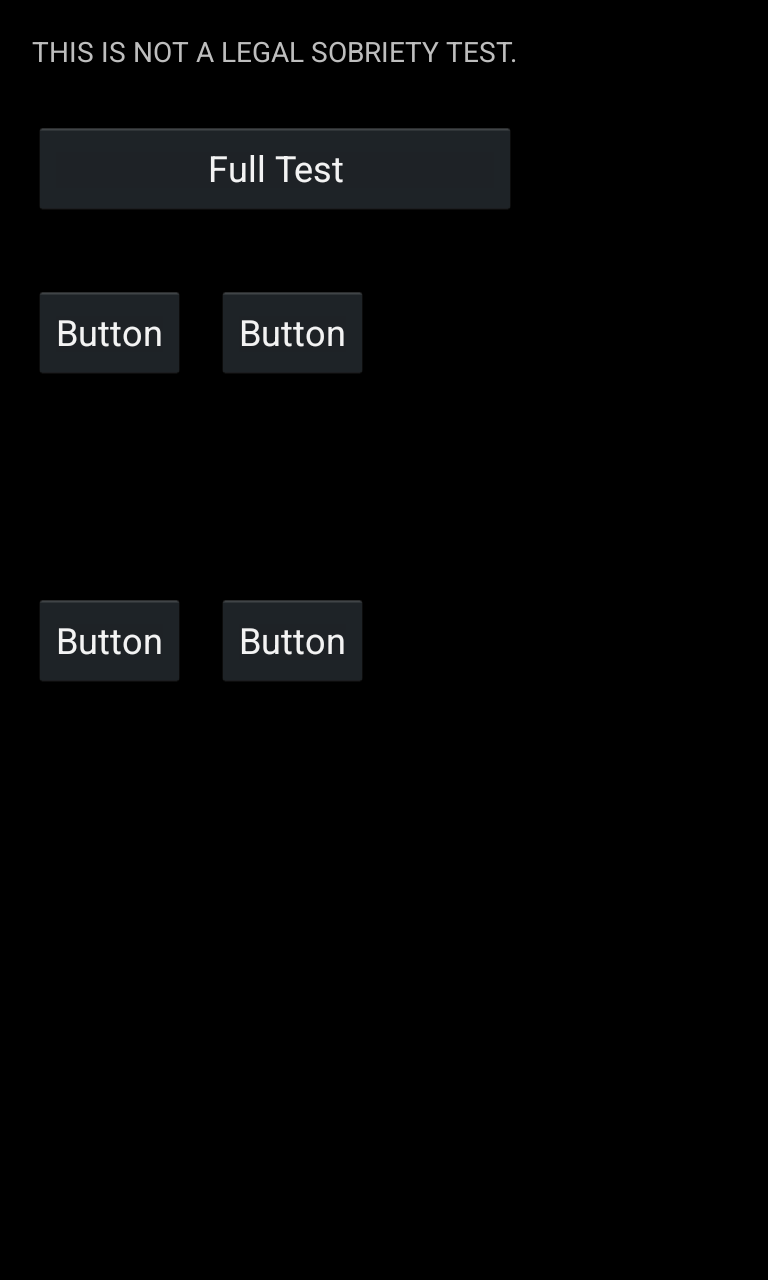
Repository: inferno-entertainment/booze-gauge
Layout: BoozeGauge/res/layout/activity_start_screen.xml
The author's editor kept a copy of each file at every save. The layout is drawn from the files as they stood at one save, then again after the next save.
It is drawn on a 768 x 1280 px phone screen (xhdpi) without system bars, with theme AppTheme; the app's code is not run.

Above is the layout before, as saved 2013-03-21 00:53:38.

After the next save:
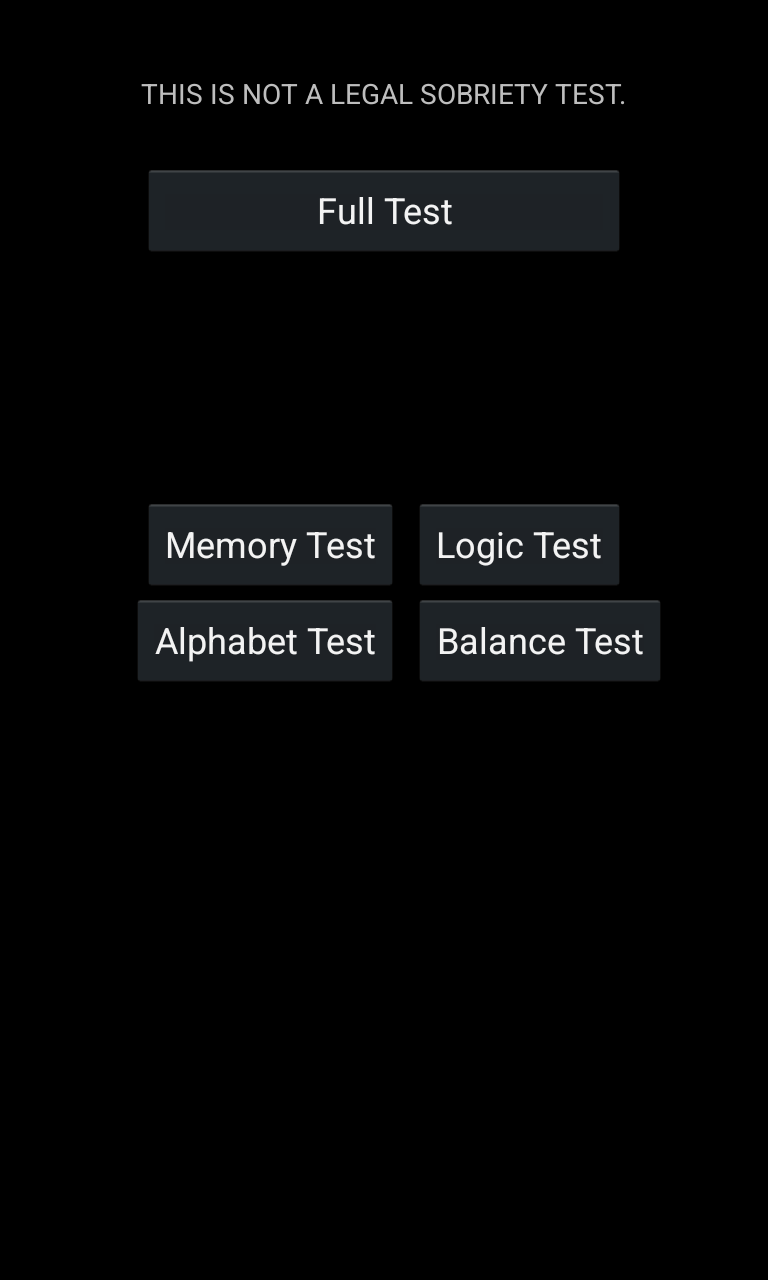
Saved 3 min 16 s later.
--- a/BoozeGauge/res/layout/activity_start_screen.xml
+++ b/BoozeGauge/res/layout/activity_start_screen.xml
@@ -7,12 +7,6 @@
     android:paddingRight="@dimen/activity_horizontal_margin"
     android:paddingTop="@dimen/activity_vertical_margin"
     tools:context=".StartScreen" >
-
-    <TextView
-        android:id="@+id/textView1"
-        android:layout_width="wrap_content"
-        android:layout_height="wrap_content"
-        android:text="@string/disclaimer" />
 
     <Button
         android:id="@+id/button1"
@@ -25,31 +19,12 @@
         android:text="Full Test" />
 
     <Button
-        android:id="@+id/button2"
-        android:layout_width="wrap_content"
-        android:layout_height="wrap_content"
-        android:layout_alignLeft="@+id/button1"
-        android:layout_below="@+id/button1"
-        android:layout_marginTop="34dp"
-        android:text="Button" />
-
-    <Button
         android:id="@+id/button3"
         android:layout_width="wrap_content"
         android:layout_height="wrap_content"
         android:layout_alignRight="@+id/button2"
         android:layout_centerVertical="true"
-        android:text="Button" />
-
-    <Button
-        android:id="@+id/button4"
-        android:layout_width="wrap_content"
-        android:layout_height="wrap_content"
-        android:layout_alignBaseline="@+id/button2"
-        android:layout_alignBottom="@+id/button2"
-        android:layout_marginLeft="14dp"
-        android:layout_toRightOf="@+id/button2"
-        android:text="Button" />
+        android:text="Alphabet Test" />
 
     <Button
         android:id="@+id/button5"
@@ -57,6 +32,32 @@
         android:layout_height="wrap_content"
         android:layout_alignLeft="@+id/button4"
         android:layout_centerVertical="true"
-        android:text="Button" />
+        android:text="Balance Test" />
+
+    <TextView
+        android:id="@+id/textView1"
+        android:layout_width="wrap_content"
+        android:layout_height="wrap_content"
+        android:layout_alignParentTop="true"
+        android:layout_centerHorizontal="true"
+        android:layout_marginTop="21dp"
+        android:text="@string/disclaimer" />
+
+    <Button
+        android:id="@+id/button4"
+        android:layout_width="wrap_content"
+        android:layout_height="wrap_content"
+        android:layout_above="@+id/button5"
+        android:layout_alignRight="@+id/button1"
+        android:text="Logic Test" />
+
+    <Button
+        android:id="@+id/button2"
+        android:layout_width="wrap_content"
+        android:layout_height="wrap_content"
+        android:layout_alignBaseline="@+id/button4"
+        android:layout_alignBottom="@+id/button4"
+        android:layout_alignLeft="@+id/button1"
+        android:text="Memory Test" />
 
 </RelativeLayout>
